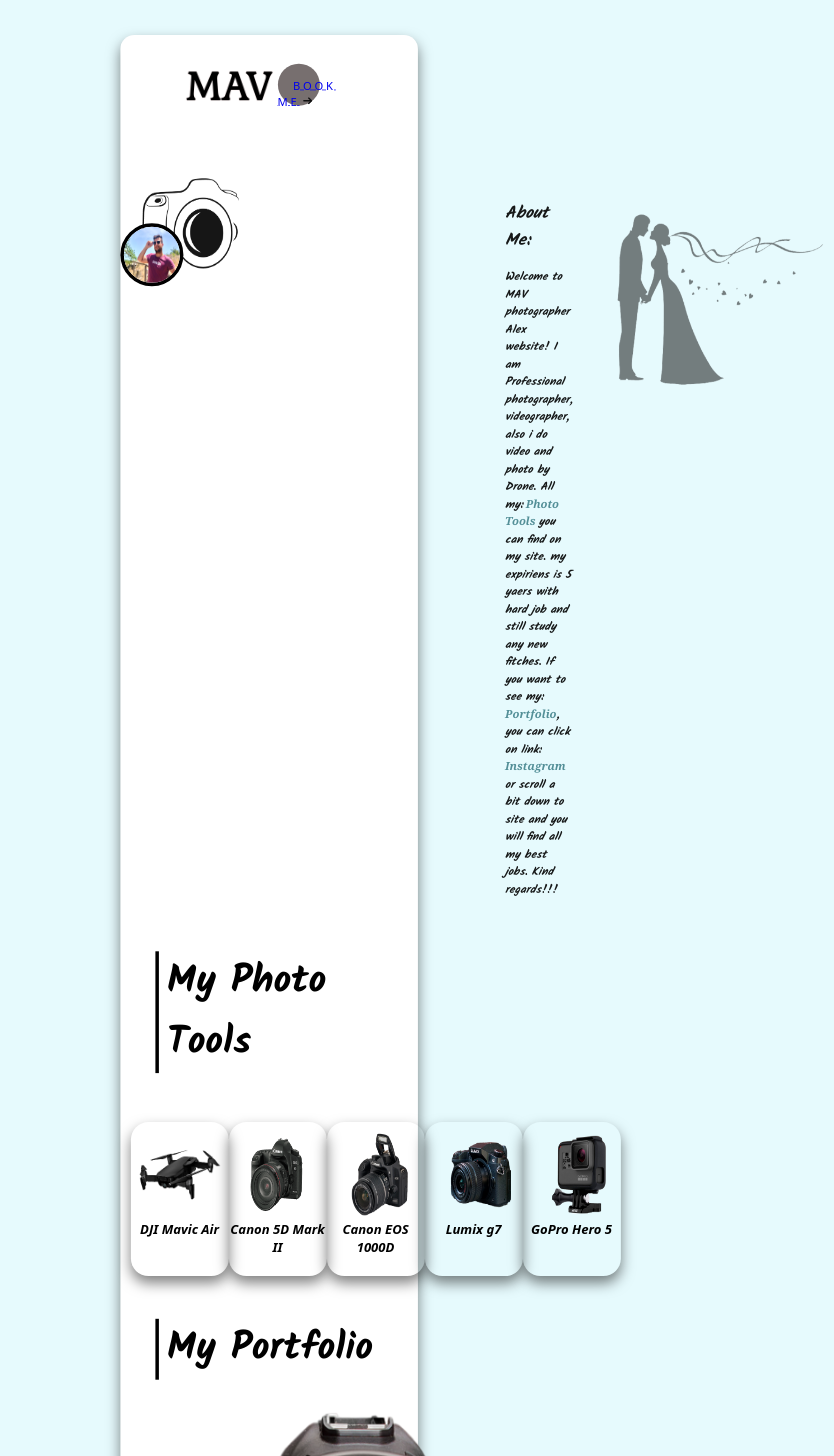
Repository: Dekabrist94/MAV
Page: /
These files come from the project's save history. The page is drawn as it stood at one moment and after the next save; the edit follows.
The browser window is 768 px wide. The page is 1192 px wide, so the pictures cover 1192 px, including what lies to the right of the window. The pictures show the part of the page from y = 0 to 2080 px (the page is 3167 px tall), at 70% of full size.
The project was rebuilt for these pictures with package versions that can differ from the ones it lists, and the page was loaded fresh each time.

Above is the page before, as saved 2023-03-27 22:40:24.

After the next save:
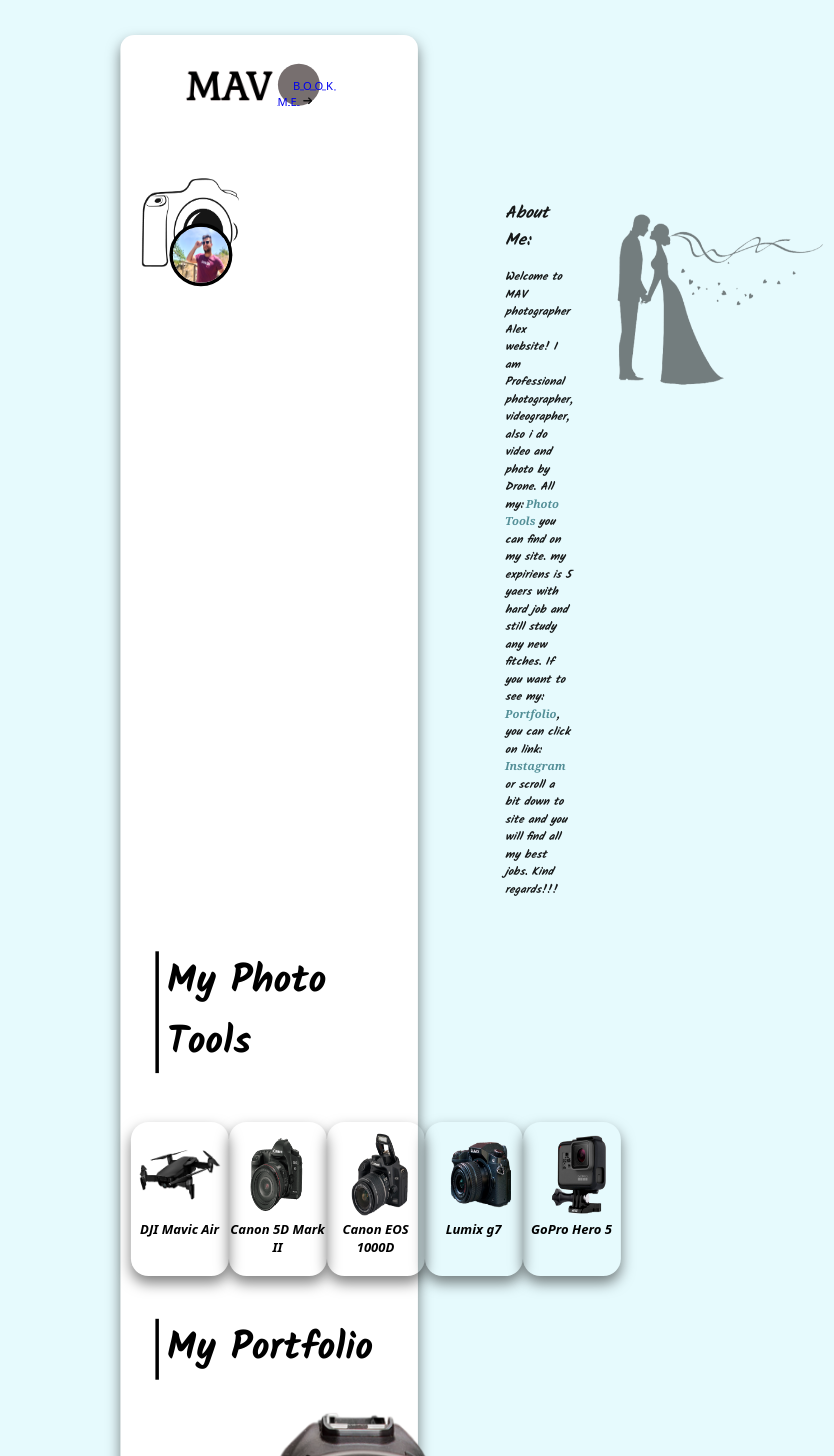
Saved 4 s later.
--- a/src/components/media/media.css
+++ b/src/components/media/media.css
@@ -26,7 +26,7 @@
   }
 
   .avatar {
-    left: 0px;
+    left: 70px;
     width: 80px;
     height: 80px;
   }
